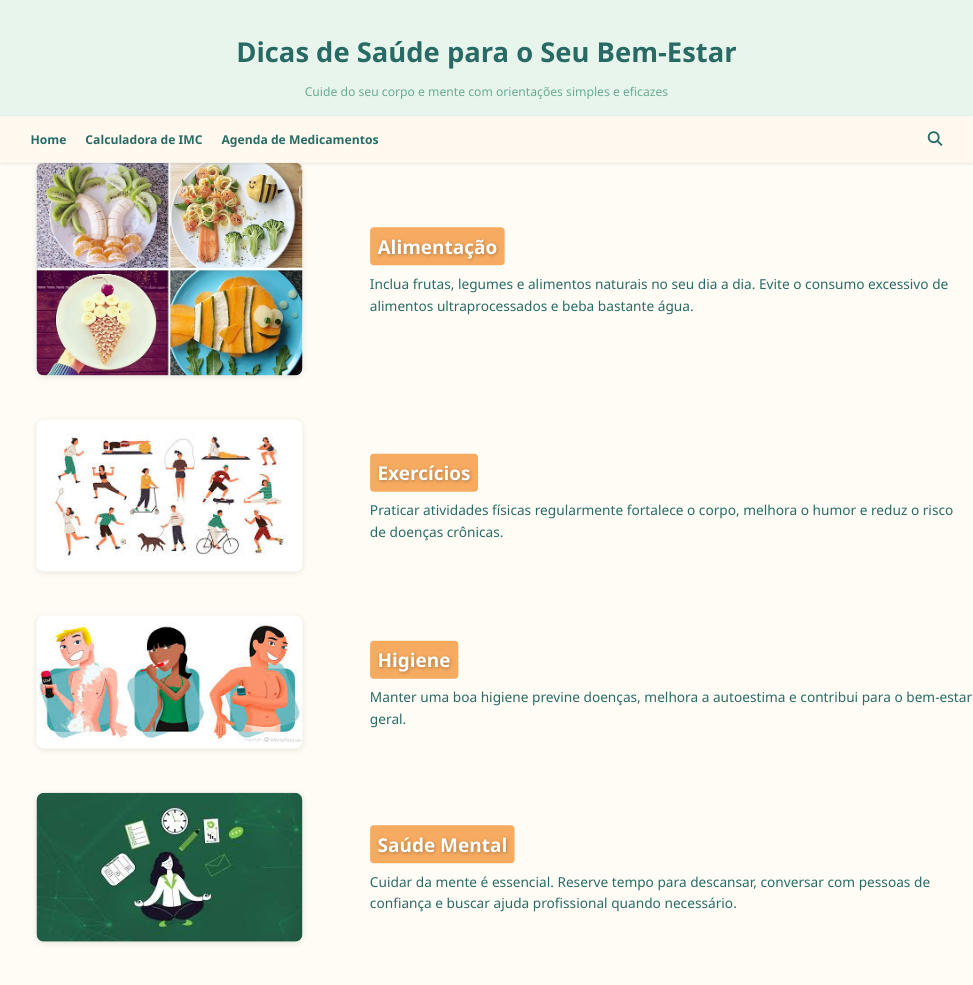
Repository: Cristiane-Sartori14/dicasSaude
Page: index.html
These files come from the project's save history. The page is drawn as it stood at one moment and after the next save; the edit follows.
The browser window is 1280 px wide. The pictures show the whole page, at 76% of full size.

Above is the page before, as saved 2025-05-21 18:40:05.

### index.html
<!DOCTYPE html>
<html lang="en">
  <head>
    <meta charset="UTF-8" />
    <meta name="viewport" content="width=device-width, initial-scale=1.0" />
    <title>Dicas de Saúde</title>
    <link rel="stylesheet" href="style.css" />
    <script src="script.js"></script>

    <link
      rel="stylesheet"
      href="https://cdnjs.cloudflare.com/ajax/libs/font-awesome/6.5.0/css/all.min.css"
    />
  </head>
  <body>
    <!-- Título principal da página -->
    <section class="main-title">
      <h1>Dicas de Saúde para o Seu Bem-Estar</h1>
      <p>Cuide do seu corpo e mente com orientações simples e eficazes</p>
    </section>

    <div id="carousel-dicas">

       <!--Cabeçalho-->
    <header class="header">
      <div class="nav-container">
        <nav>
          <ul class="nav-links">
            <li><a href="#">Home</a></li>
            <li><a href="#">Calculadora de IMC</a></li>
            <li><a href="#">Agenda de Medicamentos</a></li>
          </ul>
        </nav>
        <div class="header-icons">
          <div class="icon search-icon">
            <i class="fa-solid fa-magnifying-glass"></i>
          </div>
        </div>
      </div>
    </header>

    <!-- Alimentação -->
     <section class="section-saude" data-categoria="Alimentação">
      <div class="imagem">
        <img
          src="img/alimento.jpg"
          alt="Prato com alimentos saudáveis, frutas e vegetais coloridos"
        />
      </div>
      <div class="texto">
        <h2>Alimentação</h2>
        <p>
          Inclua frutas, legumes e alimentos naturais no seu dia a dia. Evite o
          consumo excessivo de alimentos ultraprocessados e beba bastante água.
        </p>
      </div>
    </section>

    <!-- Exercícios -->
    <section class="section-saude" data-categoria="Exercícios">
      <div class="imagem">
        <img src="img/exercicio.jpg" alt="Exercício Físico" />
      </div>
      <div class="texto">
        <h2>Exercícios</h2>
        <p>
          Praticar atividades físicas regularmente fortalece o corpo, melhora o
          humor e reduz o risco de doenças crônicas.
        </p>
      </div>
    </section>

    <!-- Higiene -->
    <section class="section-saude" data-categoria="Higiene">
      <div class="imagem">
        <img src="img/higiene.jpg" alt="Higiene Pessoal" />
      </div>
      <div class="texto">
        <h2>Higiene</h2>
        <p>
          Manter uma boa higiene previne doenças, melhora a autoestima e
          contribui para o bem-estar geral.
        </p>
      </div>
    </section>

    <!-- Saúde Mental -->
    <section class="section-saude" data-categoria="Saúde Mental">
      <div class="imagem">
        <img src="img/saude-mental.jpg" alt="Saúde Mental" />
      </div>
      <div class="texto">
        <h2>Saúde Mental</h2>
        <p>
          Cuidar da mente é essencial. Reserve tempo para descansar, conversar
          com pessoas de confiança e buscar ajuda profissional quando
          necessário.
        </p>
      </div>
    </section>
    </div>
  </body>
</html>

### style.css
* {
  box-sizing: border-box;
  margin: 0;
  padding: 0;
}

body {
  font-family: "Segoe UI", Tahoma, Verdana, sans-serif;
  background-color: #FFFCF6;
  color: #296B64;
  line-height: 1.6;
}

/*Título*/
.main-title {
  text-align: center;
  padding: 40px 20px 20px;
  background-color: #e7f5ec;
}

.main-title h1 {
  font-size: 36px;
  color: #296B64;
  margin-bottom: 10px;
}

.main-title p {
  color: #69AC93;
}

.texto h2 {
  font-size: 25px;
  color: #FFF;
  background-color: #F6AB60; /* laranja */
  text-shadow: 1px 1px 5px rgba(0, 0, 0, 0.3);
  padding: 5px 10px;
  border-radius: 5px;
  display: inline-block;
}

/* Cabeçalho */
.header {
  background-color: #FFF9F0;
  box-shadow: 0 2px 4px rgba(0, 0, 0, 0.1);
  padding: 15px 30px;
  position: sticky;
  top: 0;
  z-index: 10;
}

.nav-container {
  max-width: 1200px;
  margin: 0 auto;
  display: flex;
  justify-content: space-between;
  align-items: center;
}

.nav-links {
  list-style: none;
  display: flex;
  gap: 25px;
}

.nav-links a {
  text-decoration: none;
  color: #296B64;
  font-weight: 600;
  transition: color 0.3s ease;
}

.nav-links a:hover,
.header-icons i:hover {
  color: #D87162;
}

.header-icons {
  display: flex;
  align-items: center;
  gap: 15px;
}

.icon {
  font-size: 1.2rem;
  background: none;
  border: none;
  cursor: pointer;
  color: #296B64;
}

/* Conteúdo principal */
.health-container {
    max-width: 1200px;
    margin: 0 auto;
    padding: 40px 20px;
}

.filtro-categorias button {
  margin: 5px;
  padding: 10px 15px;
  background-color: #69AC93; /* verde médio */
  color: white;
  border: none;
  border-radius: 5px;
  cursor: pointer;
}

.filtro-categorias button:hover {
  background-color: #296B64; /* verde escuro */
}


.section-saude {
  display: flex;
  align-items: center;
  justify-content: space-between;
  gap: 40px;
  margin-bottom: 50px;
  flex-wrap: wrap;
}

.imagem img {
  width: 100%;
  max-width: 350px;
  border-radius: 10px;
  box-shadow: 0 2px 8px rgba(0, 0, 0, 0.1);
}

.imagem {
  flex: 1 1 300px;
  text-align: center;
}

.texto {
  flex: 2 1 500px;
}

.texto h2 {
  font-size: 25px;
  color: #FFF;
  background-color: #F6AB60;
  text-shadow: 1px 1px 5px rgba(0, 0, 0, 0.3);
  padding: 5px 10px;
  border-radius: 5px;
  display: inline-block;
}

.texto p {
  font-size: 18px;
  color: #296B64;
  line-height: 1.6;
   margin-top: 10px;
}

.health-details {
  flex: 2 1 500px;
}

.health-title {
  color: #296B64;
  font-size: 32px;
  margin-bottom: 20px;
}

.tip {
  margin-bottom: 20px;
}

.tip h3 {
  font-size: 20px;
  color: #69AC93;
}

.tip p {
  margin-top: 5px;
}

/* Responsivo */
@media (max-width: 768px) {
  .section-saude {
    flex-direction: column;
    align-items: center;
    text-align: center;
  }

  .nav-links {
    flex-direction: column;
    align-items: center;
    gap: 10px;
  }

  .nav-container {
    flex-direction: column;
    gap: 10px;
  }
}

### script.js
let indiceAtual = 0;
const secoes = document.querySelectorAll('#carousel-dicas .section-saude');

function mostrarSecao(index) {
  secoes.forEach((secao, i) => {
    secao.style.display = (i === index) ? 'flex' : 'none';
  });
}

function proximaSecao() {
  indiceAtual = (indiceAtual + 1) % secoes.length;
  mostrarSecao(indiceAtual);
}

// Inicializa
mostrarSecao(indiceAtual);
setInterval(proximaSecao, 5000);

After the next save:
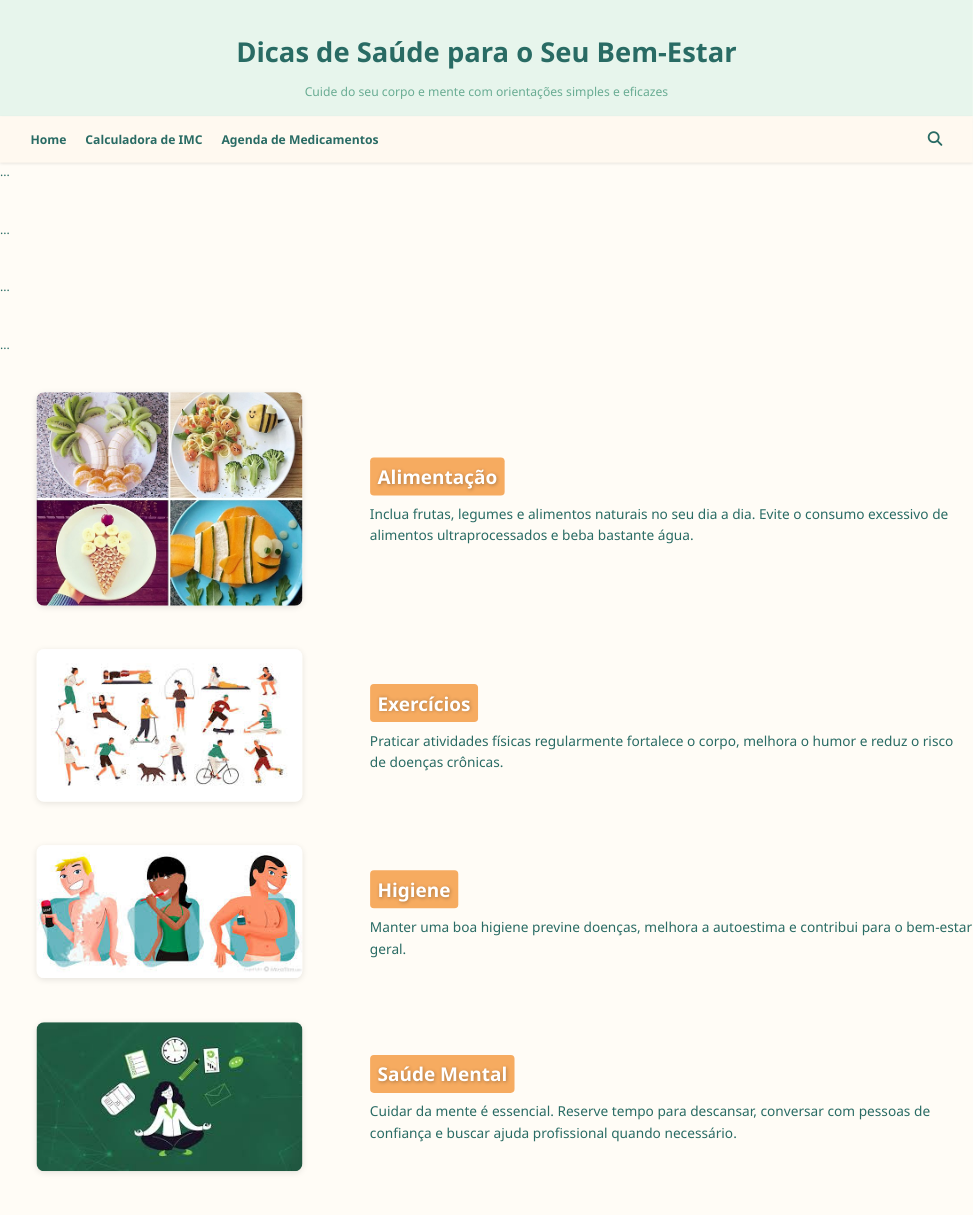
Saved 56 s later.
--- a/index.html
+++ b/index.html
@@ -19,9 +19,7 @@
       <p>Cuide do seu corpo e mente com orientações simples e eficazes</p>
     </section>
 
-    <div id="carousel-dicas">
-
-       <!--Cabeçalho-->
+    <!--Cabeçalho-->
     <header class="header">
       <div class="nav-container">
         <nav>
@@ -39,8 +37,15 @@
       </div>
     </header>
 
+    <div id="carousel-dicas">
+      <section class="section-saude">...</section>
+      <section class="section-saude">...</section>
+      <section class="section-saude">...</section>
+      <section class="section-saude">...</section>
+    </div>
+
     <!-- Alimentação -->
-     <section class="section-saude" data-categoria="Alimentação">
+    <section class="section-saude">
       <div class="imagem">
         <img
           src="img/alimento.jpg"
@@ -57,7 +62,7 @@
     </section>
 
     <!-- Exercícios -->
-    <section class="section-saude" data-categoria="Exercícios">
+    <section class="section-saude">
       <div class="imagem">
         <img src="img/exercicio.jpg" alt="Exercício Físico" />
       </div>
@@ -71,7 +76,7 @@
     </section>
 
     <!-- Higiene -->
-    <section class="section-saude" data-categoria="Higiene">
+    <section class="section-saude">
       <div class="imagem">
         <img src="img/higiene.jpg" alt="Higiene Pessoal" />
       </div>
@@ -85,7 +90,7 @@
     </section>
 
     <!-- Saúde Mental -->
-    <section class="section-saude" data-categoria="Saúde Mental">
+    <section class="section-saude">
       <div class="imagem">
         <img src="img/saude-mental.jpg" alt="Saúde Mental" />
       </div>
@@ -98,6 +103,5 @@
         </p>
       </div>
     </section>
-    </div>
   </body>
 </html>

After the save that followed:
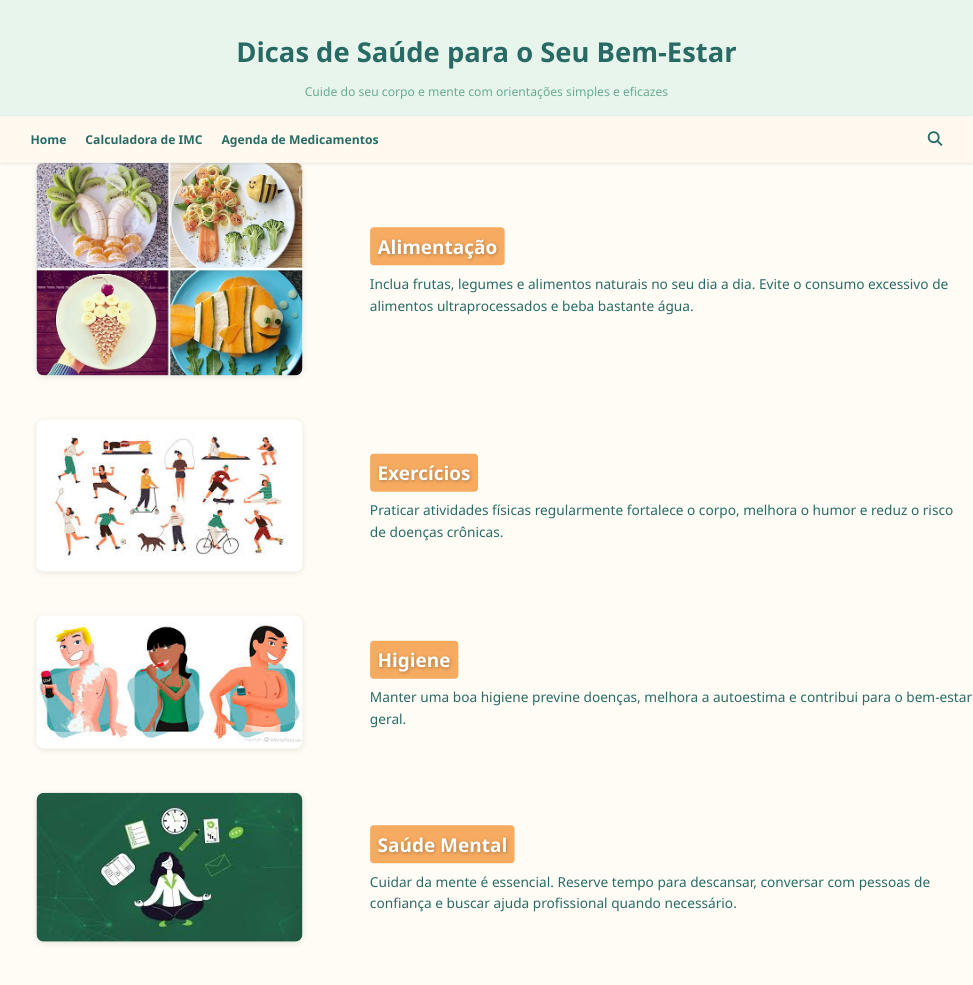
Saved 13 s later.
--- a/index.html
+++ b/index.html
@@ -37,12 +37,6 @@
       </div>
     </header>
 
-    <div id="carousel-dicas">
-      <section class="section-saude">...</section>
-      <section class="section-saude">...</section>
-      <section class="section-saude">...</section>
-      <section class="section-saude">...</section>
-    </div>
 
     <!-- Alimentação -->
     <section class="section-saude">
